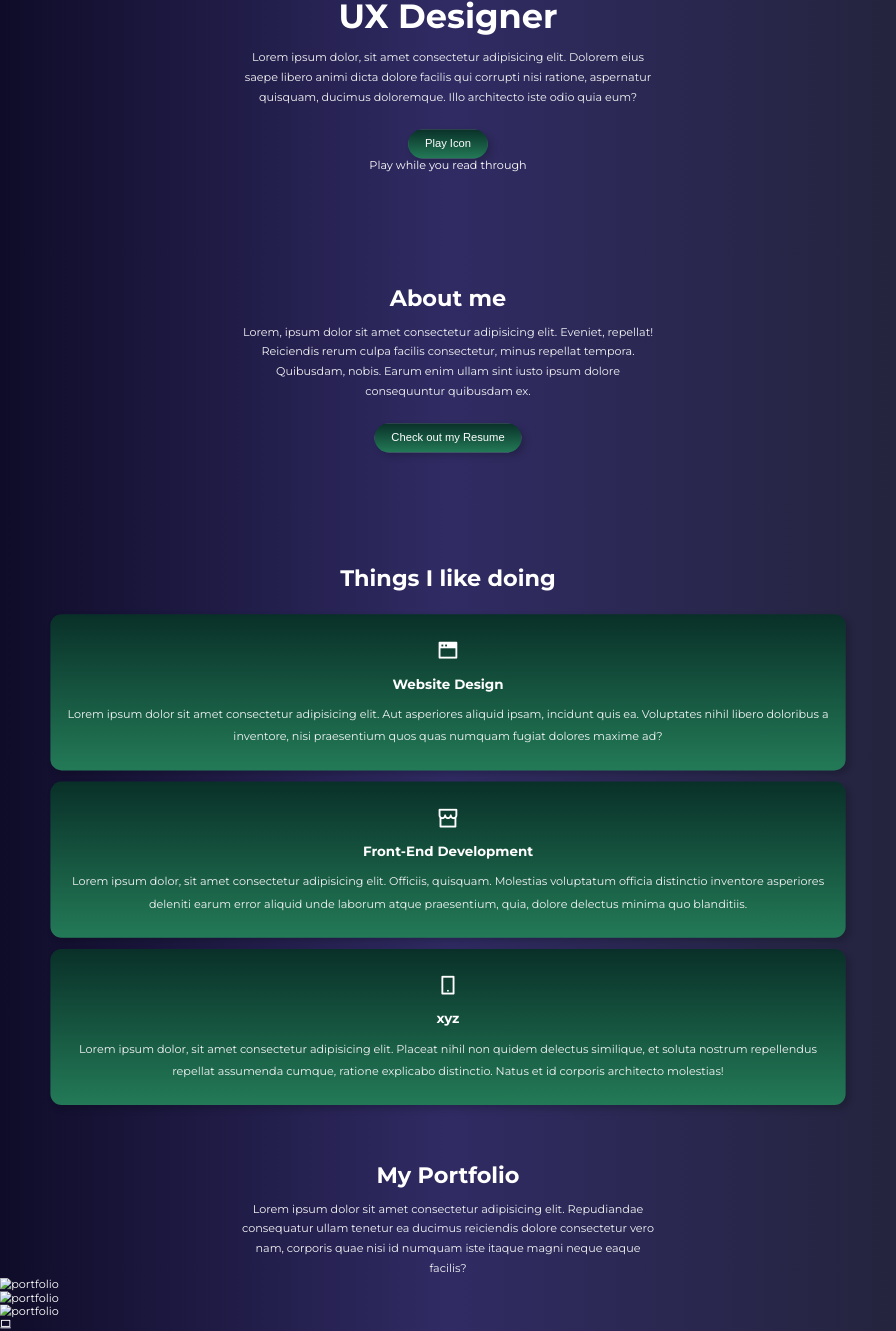
Repository: devashrisamani/devashrisamani.github.io
Page: index.html
The author's editor kept a copy of each file at every save. The page is drawn from the files as they stood at one save, then again after the next save.
The browser window is 1280 px wide. The pictures show the part of the page from y = 732 to 2652 px (the page is 2633 px tall before and 2652 px after), at 70% of full size.

Above is the page before, as saved 2025-09-24 19:48:10.

After the next save:
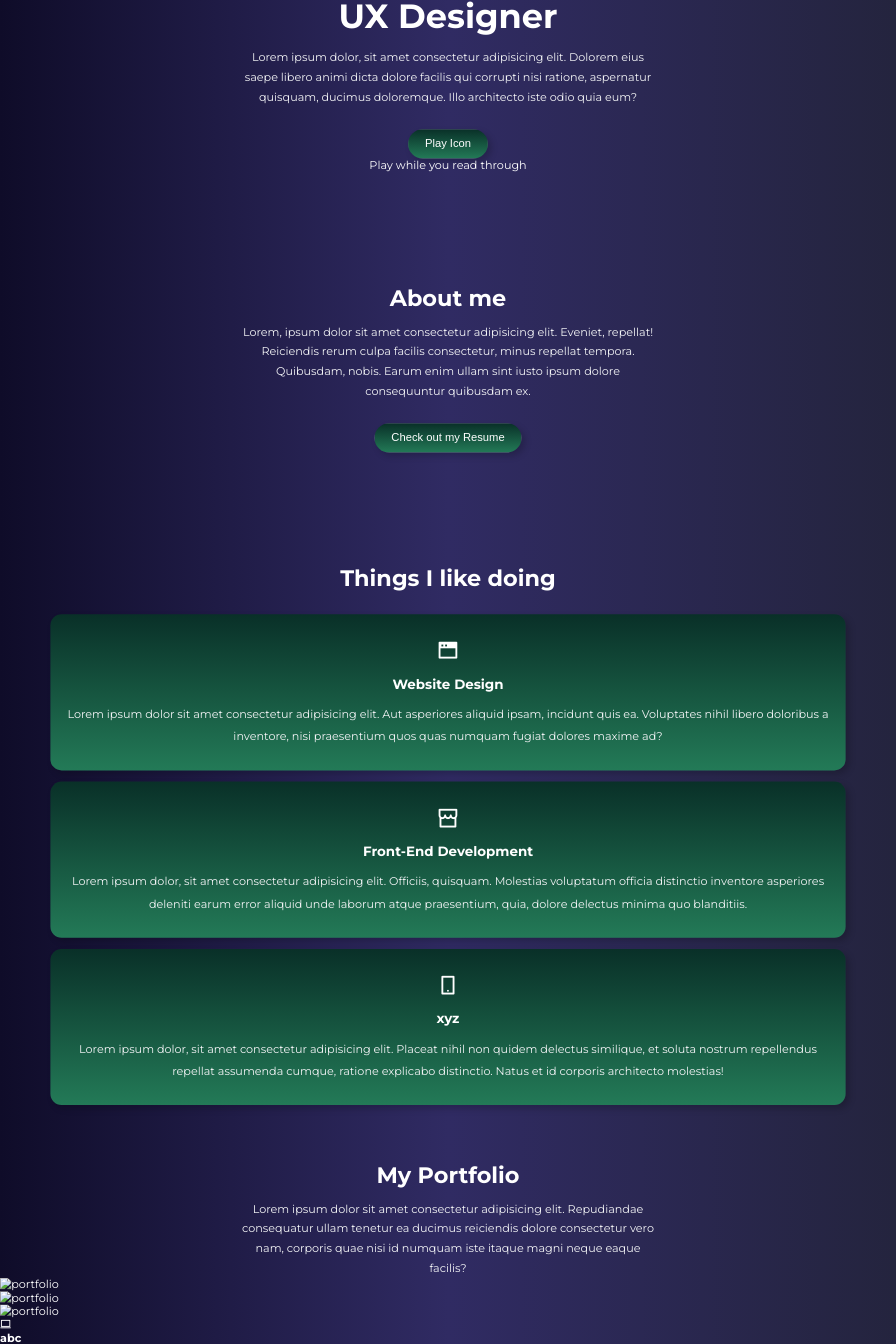
Saved 16 s later.
--- a/index.html
+++ b/index.html
@@ -135,6 +135,7 @@
       <div class="portfolio__banner">
         <div class="portfolio__banner__card">
           <span><i class="ri-macbook-line"></i></span>
+          <h4>abc</h4>
         </div>
       </div>
     </section>
